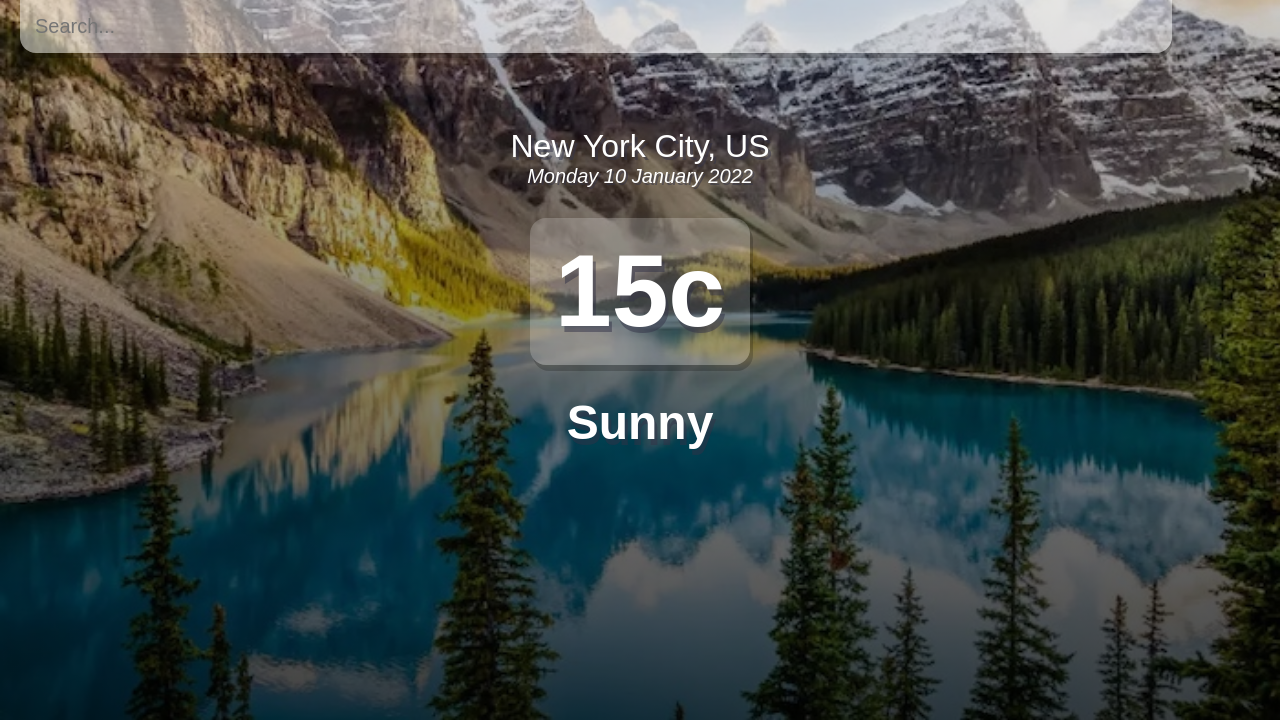
Repository: K-TT/WeatherApp
Page: /
The author's editor kept a copy of each file at every save. The page is drawn from the files as they stood at one save, then again after the next save.
The browser window is 1280 px wide. The pictures show the whole page.
The project was rebuilt for these pictures with package versions that can differ from the ones it lists, and the page was loaded fresh each time.

Above is the page before, as saved 2022-01-14 00:24:05.

After the next save:
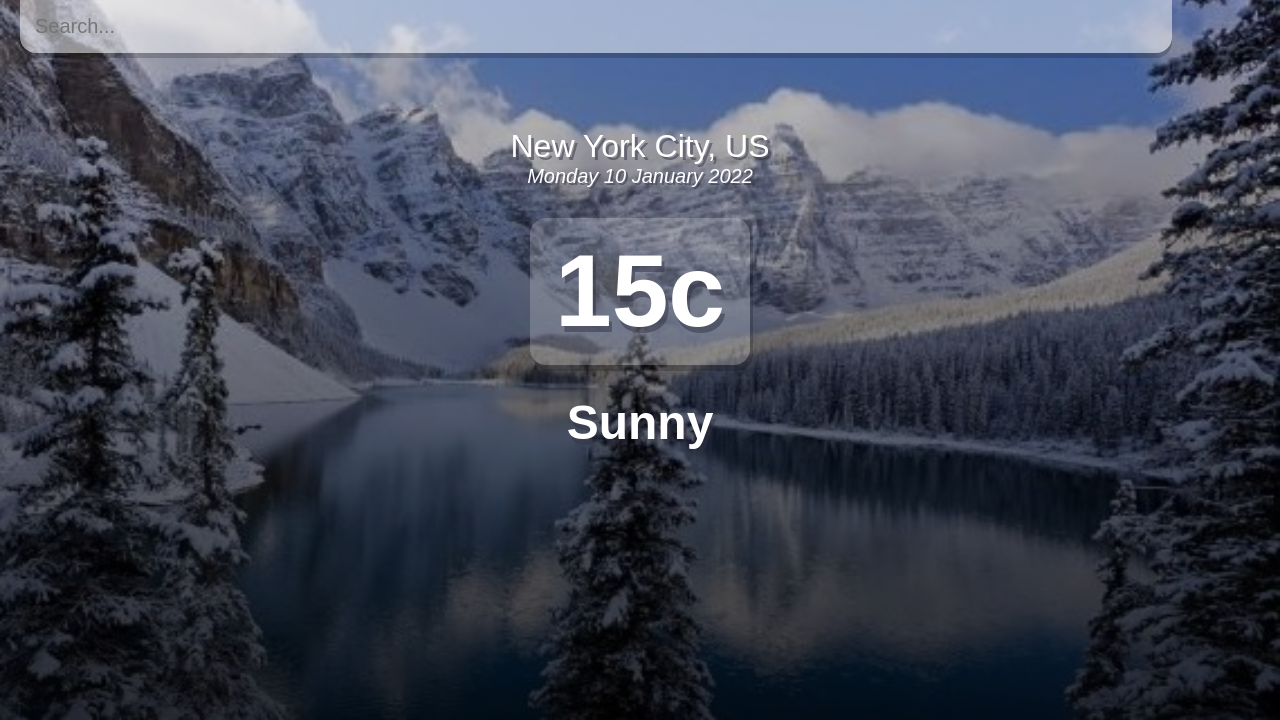
Saved 2 min 32 s later.
--- a/src/App.js
+++ b/src/App.js
@@ -34,7 +34,7 @@ function App() {
   }
 
   return (
-    <div className="app warm">
+    <div className={(typeof weather.main != "undefined") ? ((weather.main.temp > 16) ? 'app warm' : 'app') : 'app'}>
       <main>
         <div className="search-box">
           <input
